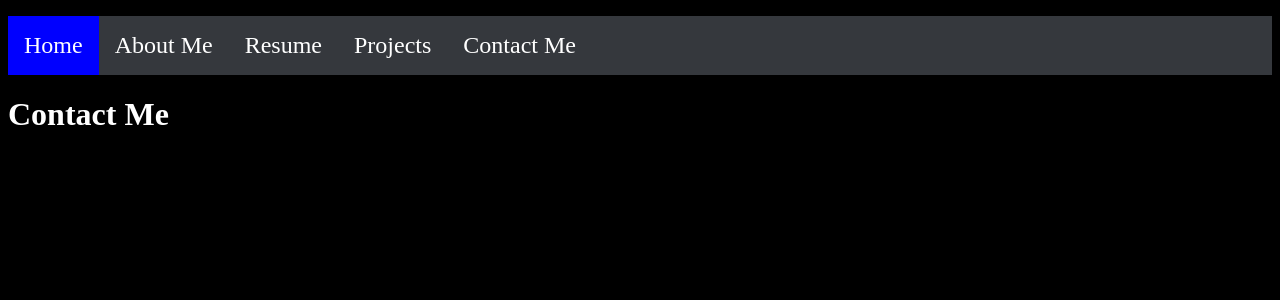
Repository: MasonSingleterry/MasonSingleterry.github.io
Page: contactme.html
The author's editor kept a record of every edit. The page is drawn from the files as they stood at one moment, then again after the next edit.
The browser window is 1280 px wide. The pictures show the whole page.

Above is the page before.

### contactme.html
<!DOCTYPE html>
<html>
    <head>
        <title>Contact Me</title>
        <link rel = "stylesheet" type = "text/css" href = "style.css"
    </head>
    <body class = "body">
        <ul class = "navbar">
            <li class = "active"><a href = "index.html">Home</a></li>
            <li><a href = "aboutme.html">About Me</a></li>
            <li><a href = "resume.html">Resume</a></li>
            <li class = "dropdown">
                <div>Projects</div>
                <ul class = "dropdown-content">
                    <li><a href = "project1.hmtl">project 1</a></li>
                    <li><a href = "project2.html">project 2</a></li>
                    <li><a href = "project3.html">project 3</a></li>
                </ul>
            </li>
            <li><a href = "contactme.html">Contact Me</a></li>
        </ul>
        <h1>Contact Me</h1>
    </body>
</html>

### style.css
            /*RESUME*/
            .body {
                background-color: #000000;
                color: #FFFFFF;
            }

            .navbar {
                list-style: none;
                background-color: #35383d;
                overflow: hidden;
                padding: 0;
            }

            .navbar a, .dropdown div {
                text-decoration: none;
                color: #ffffff;
                font-size: 24px;
                padding: 16px;
                display: inline-block;
            }

            .navbar li {
                float: left;
            }

            .navbar li:hover {
                background-color: #7FFF00;
            }

            .dropdown-content {
                list-style: none;
                padding: 0;
                display: none;
                position: absolute;
                Z-index: 1;
            }
            .dropdown-content li {
                background-color: #35383d;
                float: none;
            }

            .dropdown:hover .dropdown-content {
                display: block;
            }

            .active {
                background-color: blue;
            }
            /*Index*/
            .body {
                background-color: #000000;
                color: #FFFFFF;
            }

            .navbar {
                list-style: none;
                background-color: #35383d;
                overflow: hidden;
                padding: 0;
            }

            .navbar a, .dropdown div {
                text-decoration: none;
                color: #ffffff;
                font-size: 24px;
                padding: 16px;
                display: inline-block;
            }

            .navbar li {
                float: left;
            }

            .navbar li:hover {
                background-color: #7FFF00;
            }

            .dropdown-content {
                list-style: none;
                padding: 0;
                display: none;
                position: absolute;
                Z-index: 1;
            }
            .dropdown-content li {
                background-color: #35383d;
                float: none;
            }

            .dropdown:hover .dropdown-content {
                display: block;
            }

            .active {
                background-color: blue;
            }

After the next edit:
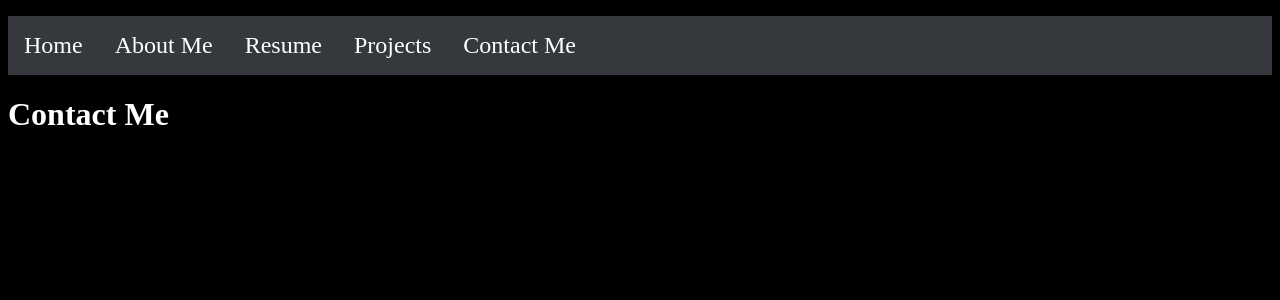
The edit:
--- a/contactme.html
+++ b/contactme.html
@@ -6,7 +6,7 @@
     </head>
     <body class = "body">
         <ul class = "navbar">
-            <li class = "active"><a href = "index.html">Home</a></li>
+            <li><a href = "index.html">Home</a></li>
             <li><a href = "aboutme.html">About Me</a></li>
             <li><a href = "resume.html">Resume</a></li>
             <li class = "dropdown">
